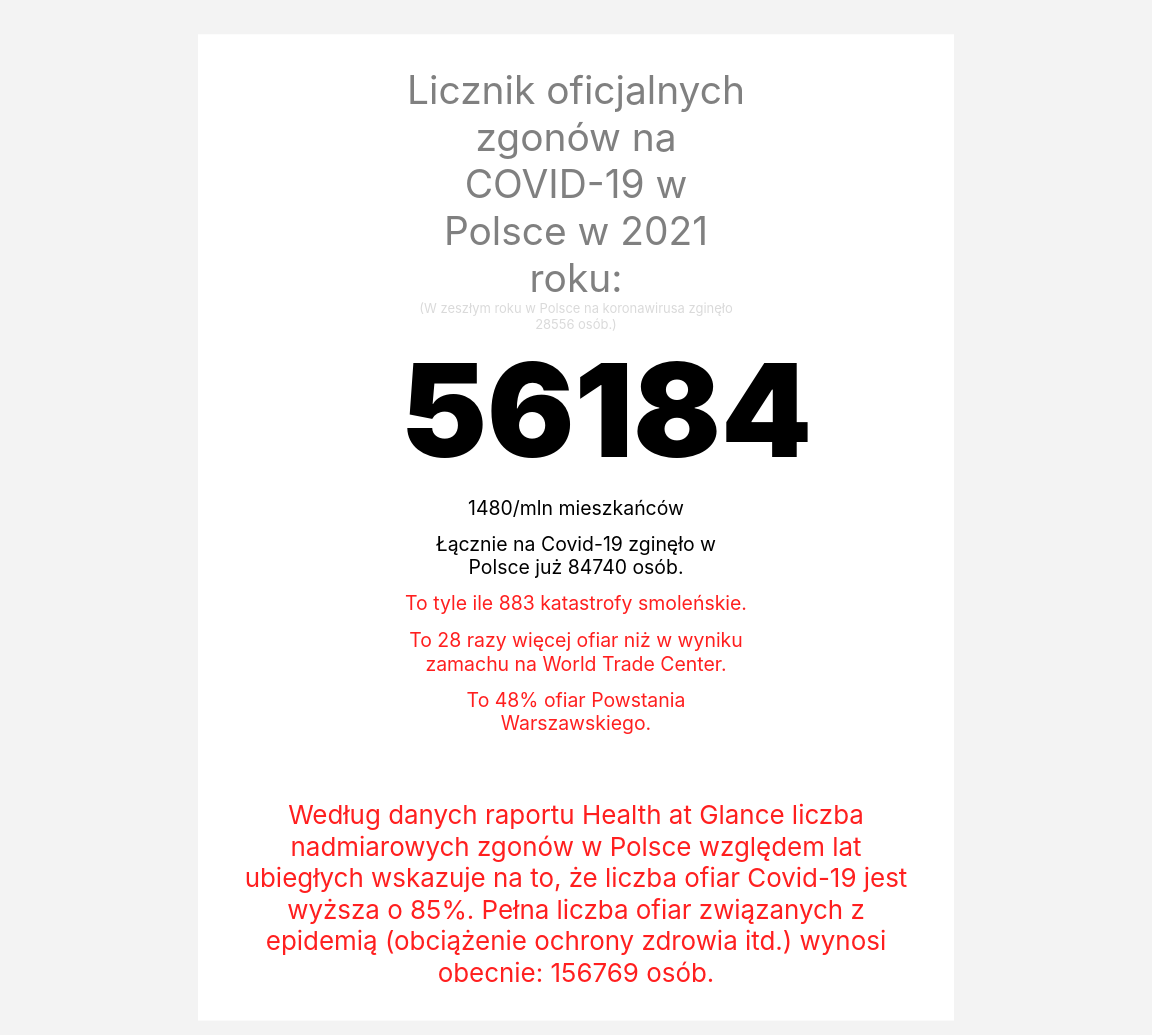
Repository: michalgornicki/poland-covid
Page: /
An editor plug-in stored every save of this project. The page is shown before and after the next save, followed by the edit.
The browser window is 1280 px wide. The pictures show the whole page, at 90% of full size.
The project was rebuilt for these pictures with package versions that can differ from the ones it lists, and the page was loaded fresh each time.

Above is the page before, as saved 2021-12-04 21:15:21.

### src/App.jsx
import React, { useEffect } from "react";
import "./App.css";

function App() {
  const startTime = () => {
    const date = new Date();
    let miliseconds = date.getTime();
    let seconds = Math.round(miliseconds / 1000);
    let thisYearSeconds = Math.round(seconds - 1609401600);
    let deaths = Math.round(thisYearSeconds * 0.00192110763);
    let allDeaths = deaths + 28556;
    let excessDeaths = Math.round(allDeaths*1.85);
    let smolensk = Math.round(allDeaths / 96);
    let tradeCenter = Math.round(allDeaths / 2977);
    let uprising = (allDeaths / 175000).toFixed(2) * 100;


    document.getElementsByClassName("counter")[0].innerHTML = deaths;
    let deathsPerMillion = Math.round(deaths / 37.95);
    document.getElementsByClassName("counter-2")[0].innerHTML =
      deathsPerMillion + "/mln mieszkańców";
    document.getElementsByClassName("counter-3")[0].innerHTML =
      "Łącznie na Covid-19 zginęło w Polsce już " + (deaths + 28556) + " osób.";
    document.getElementsByClassName("counter-4")[0].innerHTML =
      "To tyle ile " + smolensk + " katastrofy smoleńskie.";
      document.getElementsByClassName("counter-4")[1].innerHTML =
      "To " + tradeCenter + " razy więcej ofiar niż w wyniku zamachu na World Trade Center.";
      document.getElementsByClassName("counter-4")[2].innerHTML =
      "To " + uprising + "% ofiar Powstania Warszawskiego.";

      document.getElementsByClassName("counter-5")[0].innerHTML =
      "Według danych raportu Health at Glance liczba nadmiarowych zgonów w Polsce względem lat ubiegłych wskazuje na to, że liczba ofiar Covid-19 jest wyższa o 85%. Pełna liczba ofiar związanych z epidemią (obciążenie ochrony zdrowia itd.) wynosi obecnie: " + (excessDeaths) + " osób.";

    setTimeout(startTime, 1000);
  };

  useEffect(() => {
    startTime();
  });

  return (
    <p>
      <div className="text-container">
        <div className="header">
          Licznik oficjalnych zgonów na COVID-19 w Polsce w 2021 roku:
        </div>
        <div className="header-2">
          (W zeszłym roku w Polsce na koronawirusa zginęło 28556 osób.)
        </div>
        <div className="counter">{""}</div>
        <div className="counter-2">{""}</div>
        <div className="counter-3"></div>
        <div className="counter-4"></div>
        <div className="counter-4"></div>
        <div className="counter-4"></div>
        <div className="counter-5"></div>
      </div>
    </p>
  );
}

export default App;

### src/App.css
body{
    background-color: rgb(243, 243, 243);
}

.text-container{
    display: block;
    margin: auto;
    margin-top: 3%;
    background-color: white;
    width: 60%;
    padding: 5vmin;
}

.header{
    font-size: 6vmin;
    display: block;
    margin: auto;
    width: 50%;
    text-align: center;
    color: gray;
}

.header-2{
    font-size: 2vmin;
    display: block;
    margin: auto;
    width: 50%;
    text-align: center;
    color: rgb(218, 218, 218);
}

.counter{
    font-size: 20vmin;
    font-weight: 900;
    display: block;
    margin: auto;
    width: 50%;
    text-align: center;
    color: rgb(0, 0, 0);
}

.counter-2{
    font-size: 3vmin;
    display: block;
    margin: auto;
    margin-top: 1vmin;
    width: 50%;
    text-align: center;
}

.counter-3{
    font-size: 3vmin;
    display: block;
    margin: auto;
    margin-top: 2vmin;
    width: 50%;
    text-align: center;
    color: rgb(0, 0, 0);
}

.counter-4{
    font-size: 3vmin;
    display: block;
    margin: auto;
    margin-top: 2vmin;
    width: 50%;
    text-align: center;
    color: rgb(255, 31, 31);
}


.counter-5{
    font-size: 4vmin;
    display: block;
    margin: auto;
    margin-top: 10vmin;
    width: fit-content;
    text-align: center;
    color: rgb(255, 31, 31);
}

@media only screen and (max-width: 800px) {

    .text-container{
        display: block;
        margin: auto;
        margin-top: 3%;
        background-color: white;
        width: 90%;
        padding: 5vmin;
    }

    .header{
        font-size: 9vmin;
        display: block;
        margin: auto;
        width: 100%;
        text-align: center;
        color: gray;
    }

    .header-2{
        font-size: 5vmin;
        display: block;
        margin: auto;
        width: 100%;
        text-align: center;
        color: rgb(218, 218, 218);
    }

    .counter{
        font-size: 28vmin;
        font-weight: 900;
        display: block;
        margin: auto;
        width: fit-content;
        text-align: center;
        color: rgb(0, 0, 0);
    }

    .counter-2{
        font-size: 6vmin;
        display: block;
        margin: auto;
        margin-top: 1vmin;
        width: fit-content;
        text-align: center;
    }

    .counter-3{
        font-size: 6vmin;
        display: block;
        margin: auto;
        margin-top: 2vmin;
        width: fit-content;
        text-align: center;
        color: rgb(0, 0, 0);
    }

    .counter-4{
        font-size: 6vmin;
        display: block;
        margin: auto;
        margin-top: 10vmin;
        width: fit-content;
        text-align: center;
        color: rgb(255, 31, 31);
    }

}

Loaded but not shown: public/index.html (common file); src/index.js (common file); src/index.css (common file); src/reportWebVitals.js (common file)

After the next save:
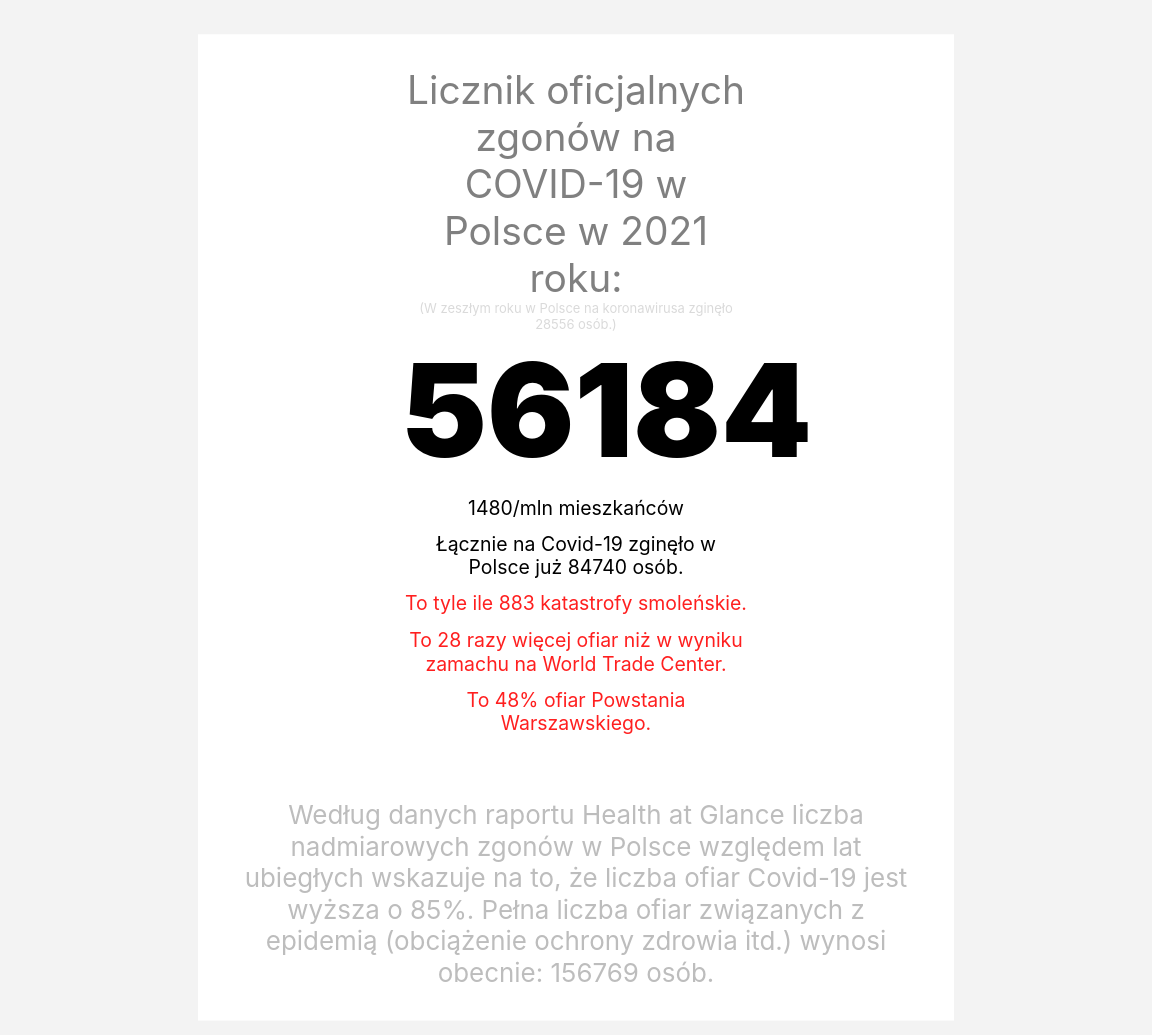
Saved 11 s later.
--- a/src/App.css
+++ b/src/App.css
@@ -76,7 +76,7 @@ body{
     margin-top: 10vmin;
     width: fit-content;
     text-align: center;
-    color: rgb(255, 31, 31);
+    color: rgb(189, 189, 189);
 }
 
 @media only screen and (max-width: 800px) {
